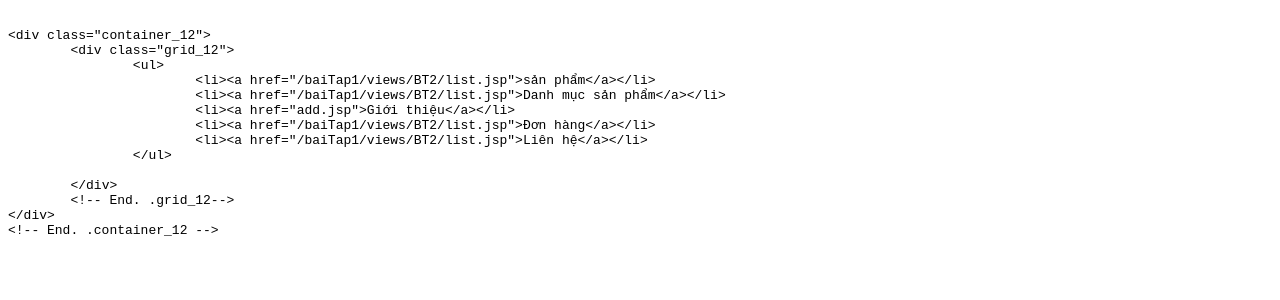
Repository: leducnam1805/JSP-SERVLET
Page: http://localhost/baiTap1/views/BT2/inc/menu.jsp
These files come from the project's save history. The page is drawn as it stood at one moment and after the next save; the edit follows.
The browser window is 1280 px wide. The pictures show the whole page.
The page is served by Tomcat 9.

Above is the page before, as saved 2020-06-24 03:12:00.

### loiGiai/baiTap1/WebContent/views/BT2/inc/menu.jsp
<%@ page language="java" contentType="text/jsp; charset=UTF-8"
	pageEncoding="UTF-8"%>
<div class="container_12">
	<div class="grid_12">
		<ul>
			<li><a href="<%=request.getContextPath()%>/views/BT2/list.jsp">sản phẩm</a></li>
			<li><a href="<%=request.getContextPath()%>/views/BT2/list.jsp">Danh mục sản phẩm</a></li>
			<li><a href="add.jsp">Giới thiệu</a></li>
			<li><a href="<%=request.getContextPath()%>/views/BT2/list.jsp">Đơn hàng</a></li>
			<li><a href="<%=request.getContextPath()%>/views/BT2/list.jsp">Liên hệ</a></li>
		</ul>

	</div>
	<!-- End. .grid_12-->
</div>
<!-- End. .container_12 -->

After the next save:
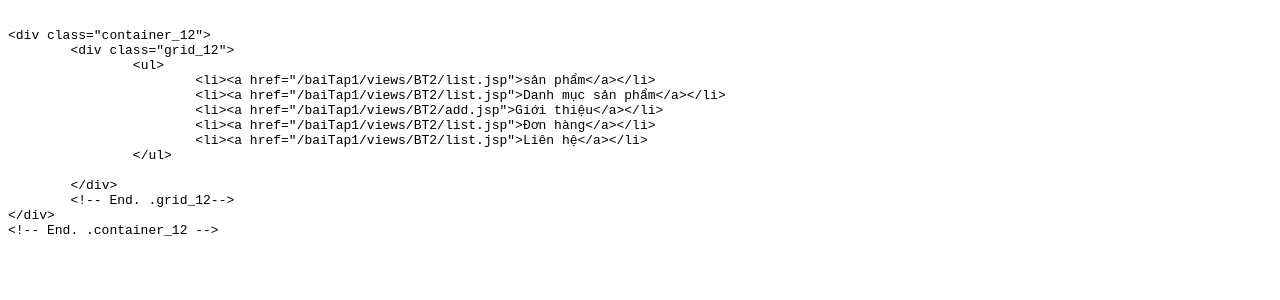
Saved 13 s later.
--- a/loiGiai/baiTap1/WebContent/views/BT2/inc/menu.jsp
+++ b/loiGiai/baiTap1/WebContent/views/BT2/inc/menu.jsp
@@ -5,7 +5,7 @@
 		<ul>
 			<li><a href="<%=request.getContextPath()%>/views/BT2/list.jsp">sản phẩm</a></li>
 			<li><a href="<%=request.getContextPath()%>/views/BT2/list.jsp">Danh mục sản phẩm</a></li>
-			<li><a href="add.jsp">Giới thiệu</a></li>
+			<li><a href="<%=request.getContextPath()%>/views/BT2/add.jsp">Giới thiệu</a></li>
 			<li><a href="<%=request.getContextPath()%>/views/BT2/list.jsp">Đơn hàng</a></li>
 			<li><a href="<%=request.getContextPath()%>/views/BT2/list.jsp">Liên hệ</a></li>
 		</ul>
